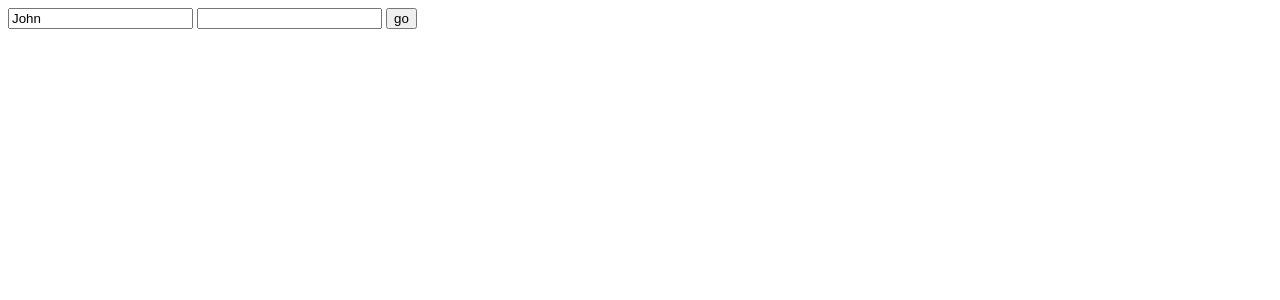
Repository: manishkaushik518/SystemBackup
Page: LostAndFound/WebContent/Homepage.html
The author's editor kept a copy of each file at every save. The page is drawn from the files as they stood at one save, then again after the next save.
The browser window is 1280 px wide. The pictures show the whole page.

Above is the page before, as saved 2018-09-18 18:06:54.

### LostAndFound/WebContent/Homepage.html
<!DOCTYPE html>
<html>
<head>
<meta charset="ISO-8859-1">
<title>Insert title here</title>
</head>
<body>
<form action="welcome.jsp">
<input type="text" name="uname" value="John">
<input type="text" name="lastname">
<input type="submit" value="go">
</form>
</body>
</html>

After the next save:
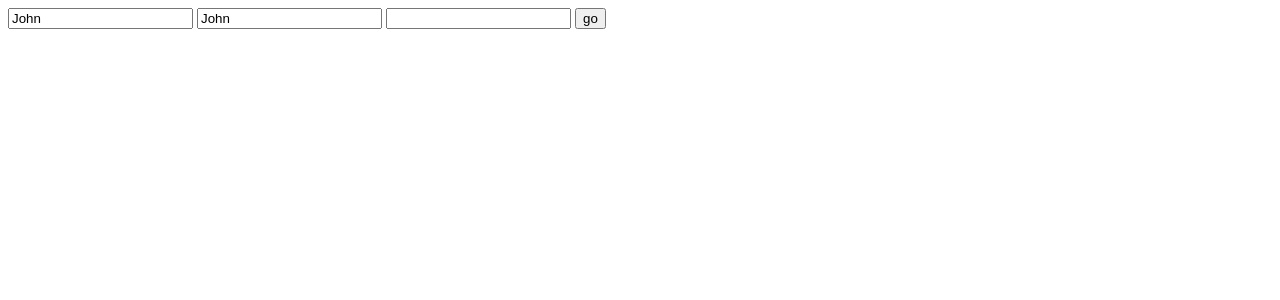
Saved 32 s later.
--- a/LostAndFound/WebContent/Homepage.html
+++ b/LostAndFound/WebContent/Homepage.html
@@ -7,6 +7,7 @@
 <body>
 <form action="welcome.jsp">
 <input type="text" name="uname" value="John">
+<input type="text" name="uname" value="John">
 <input type="text" name="lastname">
 <input type="submit" value="go">
 </form>

After the save that followed:
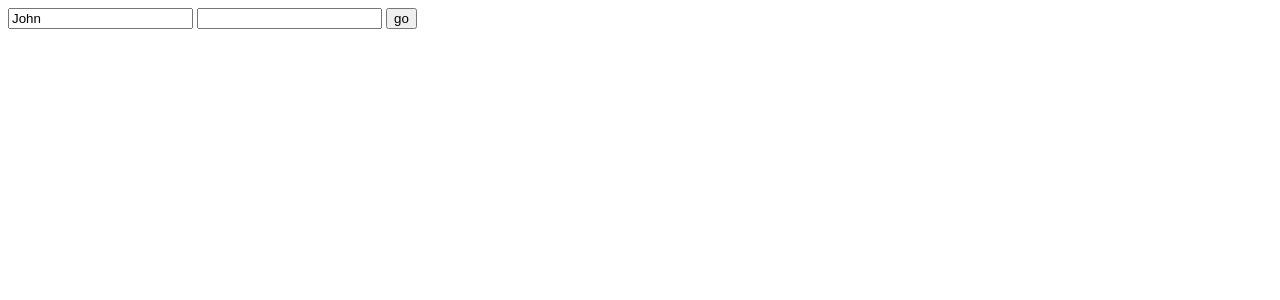
Saved 46 s later.
--- a/LostAndFound/WebContent/Homepage.html
+++ b/LostAndFound/WebContent/Homepage.html
@@ -7,7 +7,6 @@
 <body>
 <form action="welcome.jsp">
 <input type="text" name="uname" value="John">
-<input type="text" name="uname" value="John">
 <input type="text" name="lastname">
 <input type="submit" value="go">
 </form>
